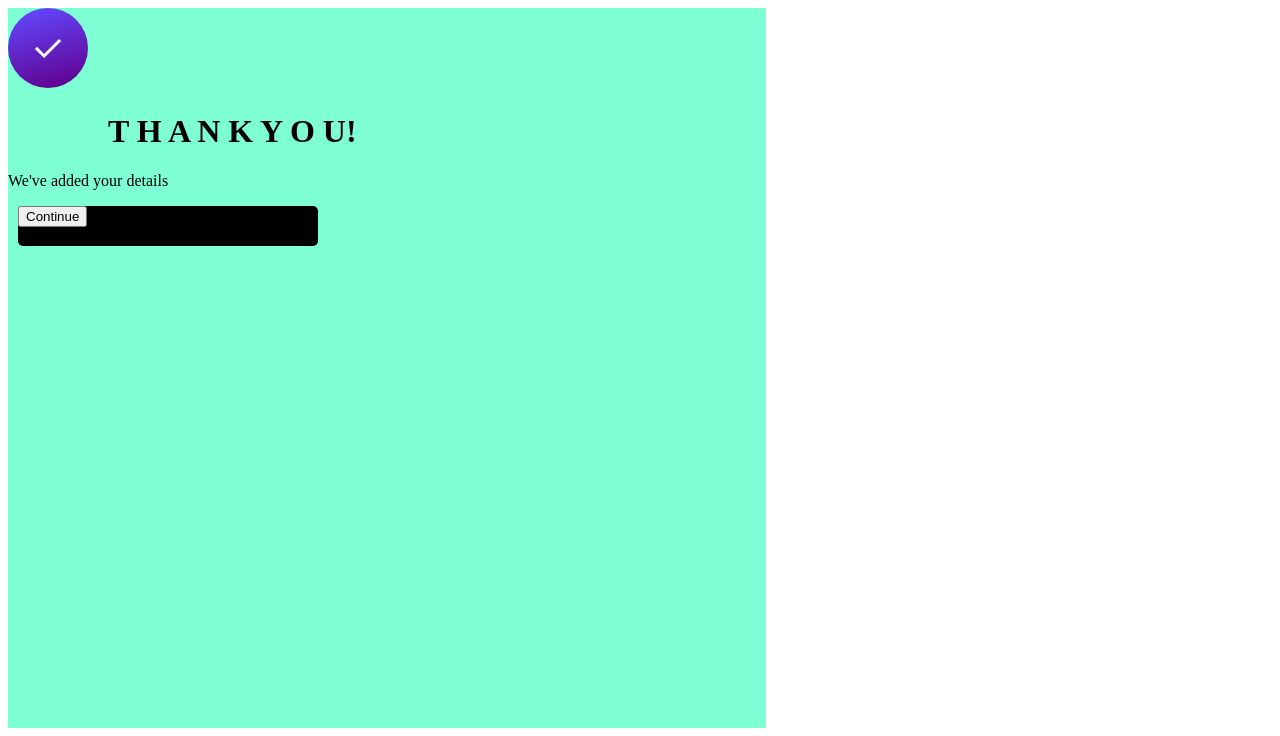
Repository: Abhi2359/frontendchallenge-1
Page: /
The author's editor kept a copy of each file at every save. The page is drawn from the files as they stood at one save, then again after the next save.
The browser window is 1280 px wide. The pictures show the whole page.
The project was rebuilt for these pictures with package versions that can differ from the ones it lists, and the page was loaded fresh each time. Also part of the build but not shown: src/components/Cards/Card1.css, src/components/Cards/Card1.js, src/components/Cards/Card2.css, src/components/Cards/Card2.js, src/components/Layout/Layout.js.

Above is the page before, as saved 2023-02-15 17:12:39.

After the next save:
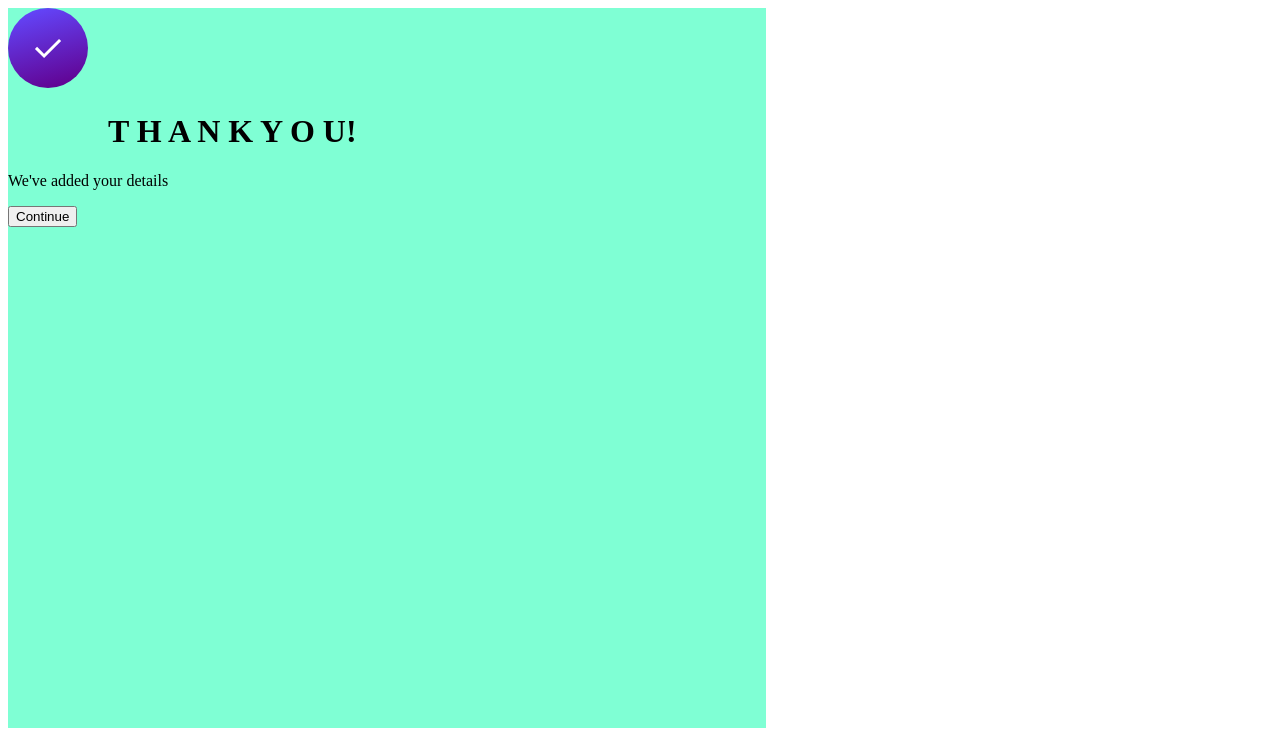
Saved 41 s later.
--- a/src/components/Add/Compelete.js
+++ b/src/components/Add/Compelete.js
@@ -12,7 +12,7 @@ function Compelete() {
       <div class="para">
         <p>We've added your details</p>
       </div>
-      <div class="button">
+      <div class="btn">
         <button>Continue</button>
       </div>
     </div>
